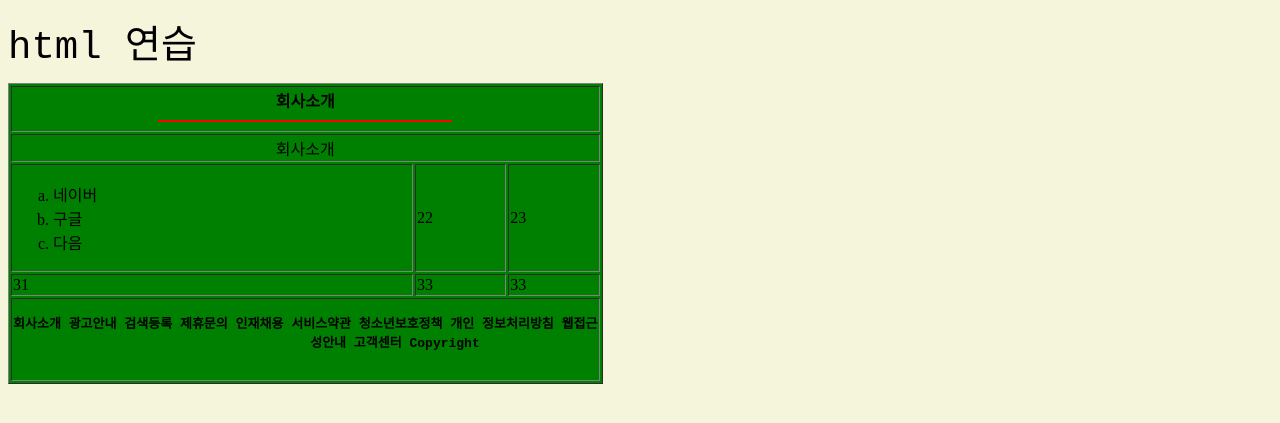
Repository: cleangggg/front
Page: html/ex08.html
An editor plug-in stored every save of this project. The page is shown before and after the next save, followed by the edit.
The browser window is 1280 px wide. The pictures show the whole page.

Above is the page before, as saved 2023-05-23 01:16:50.

### html/ex08.html
<!DOCTYPE html>
<html>
<head>
<meta charset="UTF-8">
<title>Insert title here</title>
</head>
<body bgcolor="beige">
	<pre>
<font size="7">html 연습</font>
</pre>
	<table border="1" height="200" width="500" bgcolor="green">

		<th colspan="4">회사소개
			<hr width="50%" align="center" color="red">
		</th>
		<tr>
			<td colspan="3" align="center">
				회사소개
			</td>

		</tr>
		<tr>
			<td><ol type="a">
					<li>네이버</li>
					<li>구글</li>
					<li>다음</li>
				</ol></td><td>22</td><td>23</td>
		</tr>
		<tr>
			<td>31</td><td>33</td><td>33</td>
		</tr>
		<tr>
			<th colspan="3"><pre>회사소개 광고안내 검색등록 제휴문의 인재채용 서비스약관 청소년보호정책 개인 정보처리방침 웹접근
			성안내 고객센터 Copyright
			</pre></th>
		</tr>

	</table>


</body>
</html>

After the next save:
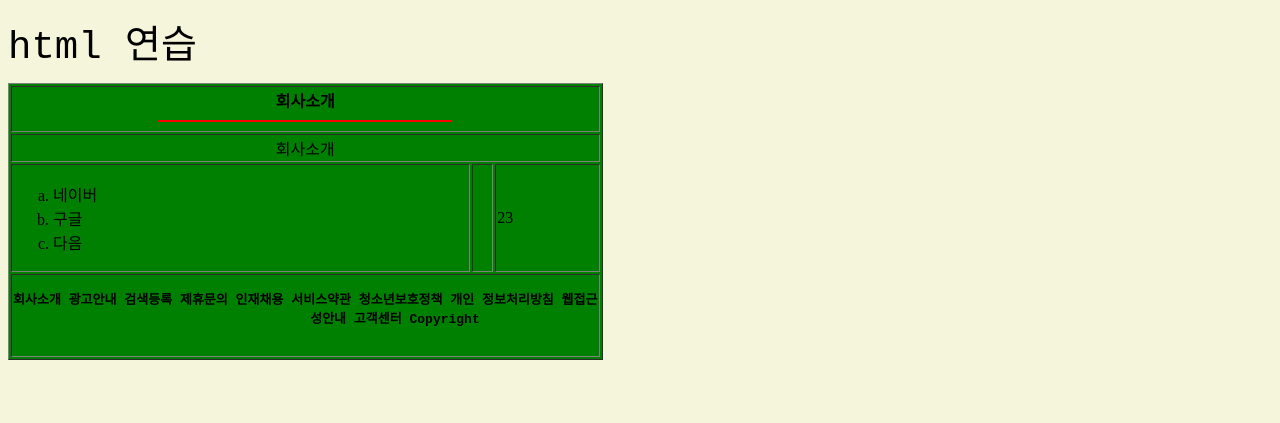
Saved 24 s later.
--- a/html/ex08.html
+++ b/html/ex08.html
@@ -24,11 +24,9 @@
 					<li>네이버</li>
 					<li>구글</li>
 					<li>다음</li>
-				</ol></td><td>22</td><td>23</td>
+				</ol></td><td><pre</td><td>23</td>
 		</tr>
-		<tr>
-			<td>31</td><td>33</td><td>33</td>
-		</tr>
+
 		<tr>
 			<th colspan="3"><pre>회사소개 광고안내 검색등록 제휴문의 인재채용 서비스약관 청소년보호정책 개인 정보처리방침 웹접근
 			성안내 고객센터 Copyright
